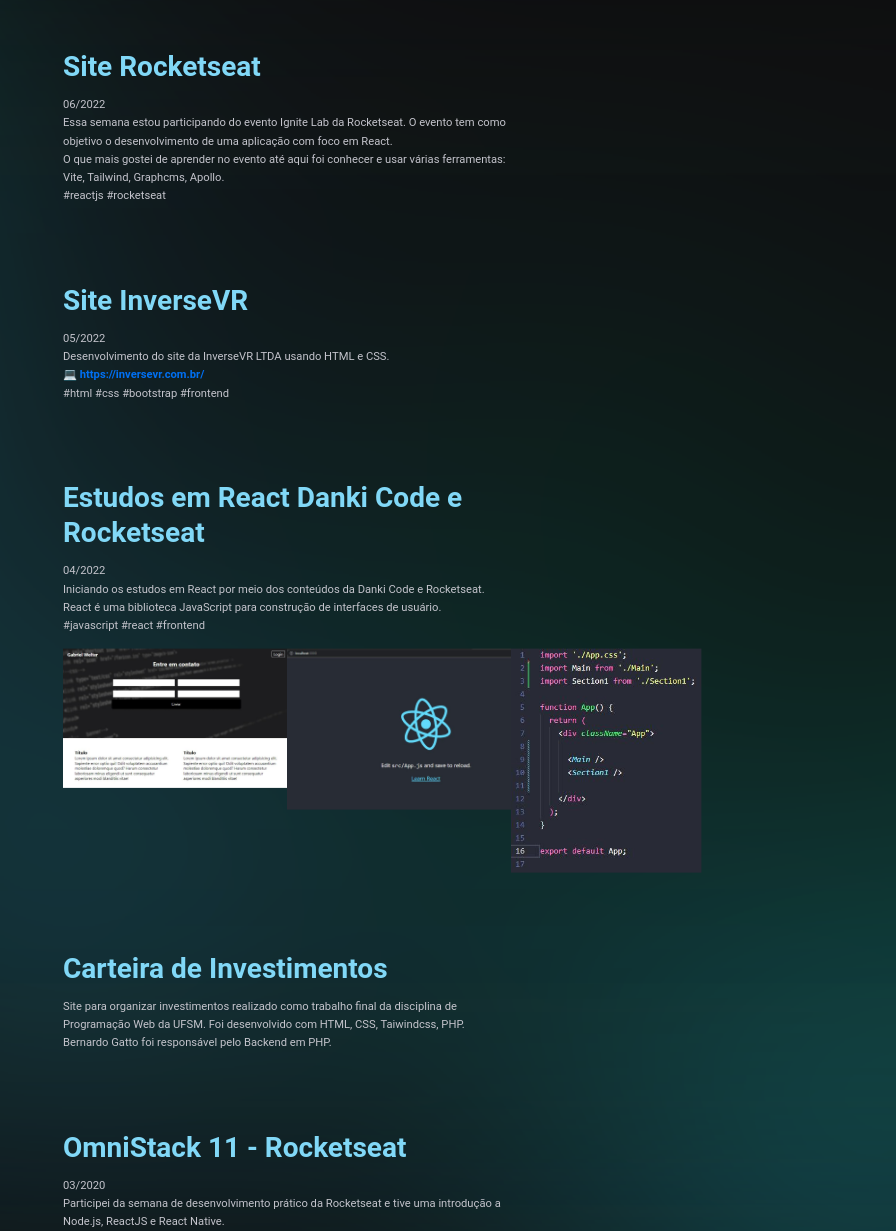
Repository: weltergab/test-next
Page: /
An editor plug-in stored every save of this project. The page is shown before and after the next save, followed by the edit.
The browser window is 1280 px wide. The pictures show the part of the page from y = 461 to 2381 px (the page is 2220 px tall before and 2910 px after), at 70% of full size.
The project was rebuilt for these pictures with package versions that can differ from the ones it lists, and the page was loaded fresh each time. The framework's server and built-in components were replaced by stand-ins that run in the browser. Also part of the build but not shown: next.config.js.

Above is the page before, as saved 2023-04-06 20:09:30.

### src/pages/index.tsx
import Head from 'next/head'
import Image from 'next/image'
import { Inter } from 'next/font/google'

import Link from 'next/link'

import { useEffect, useState } from 'react'
import reactLogo from './assets/react.svg'

import curriculo from './assets/curriculo.jpg';
import omnistack from '../../public/assets/blur-background.png';
// import estudosReact_1 from '../../public/assets/blur-background.png';
// import estudosReact_2 from '../../public/assets/estudosReact_2.jpg';
// import estudosReact_3 from '../../public/assets/estudosReact_3.jpg';
// import mockup from '../../public/assets/code-mockup.png';

import ImageComponent from '../components/ImageComponent';


const inter = Inter({ subsets: ['latin'] })

export default function Home() {

  const [count, setCount] = useState(0)

  const [showImage, setShowImage] = useState(false);

  const handleShowImage = () => {
    setShowImage(true);
  };

  const handleCloseImage = () => {
    setShowImage(false);
  };

  return (
    <>
      <Head>
        <title>Create Next App</title>
        <meta name="description" content="Generated by create next app" />
        <meta name="viewport" content="width=device-width, initial-scale=1" />
        <link rel="icon" href="/favicon.ico" />
      </Head>
      <main>
        <div className=''>
          <Link href="/sobre">Ir para pagina Sobre</Link>
        </div>
      </main>

      <div>
        <div className="min-h-screen bg-blur bg-cover bg-no-repeat flex flex-col items-center bg-center bg-blur">


          {/* <img src='/assets/blur-background.png' alt="" className='className="min-h-screen bg-blur bg-cover bg-no-repeat flex flex-col items-center bg-center' /> */}
          {/* Titulos */}
          <div className="max-w-[1100px] w-full flex items-center justify-between mt-20 mx-auto">
            <div className='header'>
              <div className="max-w-[640px]">

                <h1 className="mt-8 text-[2.5rem] leading-tight">
                  Landing Page - Gabriel Welter
                </h1>
                <p className="mt-4 text-gray-200 leading-relaxed">
                  Destaca-se no conhecimento em HTML, CSS, Tailwind, GitHub, Unity, C#.
                </p>
                <p className="mt-4 text-gray-200 leading-relaxed">
                  Este site foi desenvolvido com HTML, CSS, Tailwind, React, TS, Next e a hospedagem foi feita utilizando o serviço da Vercel.
                </p>
                <h1 className="mt-8 text-[2.5rem] leading-tight italic">
                  <strong className="text-blue-500">Em construção...</strong>
                </h1>
                <p className="mt-4 text-gray-200 leading-relaxed">
                  Os links para todos os sites e projetos no git ainda serão adicionados.
                </p>
              </div>
            </div>
          </div>


          {/* Publicacoes */}
          <div className="publication max-w-[1100px] w-full flex flex-col justify-between mt-20 mx-auto"> {/* items-center  */}
            <div className="max-w-[640px] postagem">
              <h1 className="mt-8 text-[2.5rem] leading-tight">
                <strong className="text-blue-500">Site Rocketseat</strong>
              </h1>
              <p className="mt-4 text-gray-200 leading-relaxed">
                06/2022 <br />
                Essa semana estou participando do evento Ignite Lab da Rocketseat.
                O evento tem como objetivo o desenvolvimento de uma aplicação com foco em React. <br />
                O que mais gostei de aprender no evento até aqui foi conhecer e usar várias ferramentas: Vite, Tailwind, Graphcms, Apollo. <br />
                #reactjs #rocketseat
              </p>
            </div>
          </div>

          <div className="publication max-w-[1100px] w-full flex flex-col justify-between mt-20 mx-auto">
            <div className="max-w-[640px] postagem">
              <h1 className="mt-8 text-[2.5rem] leading-tight">
                <strong className="text-blue-500">Site InverseVR</strong>
              </h1>
              <p className="mt-4 text-gray-200 leading-relaxed">
                05/2022 <br />
                Desenvolvimento do site da InverseVR LTDA usando HTML e CSS. <br />
                <a href="https://inversevr.com.br/" target="_blank">💻 https://inversevr.com.br/</a><br />
                #html #css #bootstrap #frontend
              </p>
            </div>
          </div>

          <div className="publication max-w-[1100px] w-full flex flex-col justify-between mt-20 mx-auto">
            <div className="max-w-[640px] postagem">
              <h1 className="mt-8 text-[2.5rem] leading-tight">
                <strong className="text-blue-500">Estudos em React Danki Code e Rocketseat</strong>
              </h1>
              <p className="mt-4 text-gray-200 leading-relaxed">
                04/2022 <br />
                Iniciando os estudos em React por meio dos conteúdos da Danki Code e Rocketseat.
                React é uma biblioteca JavaScript para construção de interfaces de usuário. <br />
                #javascript #react #frontend
              </p>
              <div className='flex justify-between mt-5'>
                <ImageComponent imageSrc="/assets/estudosReact_1.png" />
                <ImageComponent imageSrc="/assets/estudosReact_2.jpg" />
                <ImageComponent imageSrc="/assets/estudosReact_3.jpg" />
              </div>

            </div>
          </div>

          <div className="publication max-w-[1100px] w-full flex flex-col justify-between mt-20 mx-auto">
            <div className="max-w-[640px] postagem">
              <h1 className="mt-8 text-[2.5rem] leading-tight">
                <strong className="text-blue-500">Carteira de Investimentos</strong>
              </h1>
              <p className="mt-4 text-gray-200 leading-relaxed">
                Site para organizar investimentos realizado como trabalho final da disciplina de Programação Web da UFSM.
                Foi desenvolvido com HTML, CSS, Taiwindcss, PHP.
                Bernardo Gatto foi responsável pelo Backend em PHP.
              </p>
            </div>
          </div>
          <div className="publication max-w-[1100px] w-full flex flex-col justify-between mt-20 mx-auto">
            <div className="max-w-[640px] postagem">
              <h1 className="mt-8 text-[2.5rem] leading-tight">
                <strong className="text-blue-500">OmniStack 11 - Rocketseat</strong>
              </h1>
              <p className="mt-4 text-gray-200 leading-relaxed">
                03/2020 <br />
                Participei da semana de desenvolvimento prático da Rocketseat e tive uma introdução a Node.js, ReactJS e React Native. <br />
                {/* <a href={omnistack} target="_blank">Certificado OmniStack 11</a> */}
              </p>
            </div>
          </div>

          <div className='footer'>
            {/* <img src={mockup} className="mt-10 headline" alt="" /> */}
          </div>
        </div>
      </div>
    </>
  )
}

### src/styles/globals.css
@tailwind base;
@tailwind components;
@tailwind utilities;

body {
    @apply bg-gray-900 text-gray-100;
    -webkit-font-smoothing: antialiased;
  }

  a {
    color: #0070f3;
    text-decoration: none;
    font-weight: bold;
  }

  a:hover {
    font-style: italic;
  }

  /* Esconder a imagem grande */
  .imagem-grande {
    display: none;
  }

  /* Estilizar o link */
  .link-imagem:hover {
    cursor: zoom-in;
  }

  /* Mudar a aparência do link quando o usuário passar o mouse sobre a imagem pequena */
  .imagem-pequena:hover {
    opacity: 0.7;
  }

### src/components/ImageComponent/index.tsx
import React, { useState } from 'react';

type Props = {
  imageSrc: string;
};

const ImageComponent: React.FC<Props> = ({ imageSrc }) => {
  const [isImageClicked, setIsImageClicked] = useState(false);
  const [isExpanded, setIsExpanded] = useState(false);

  const handleImageClick = () => {
    setIsImageClicked(!isImageClicked);
    setIsExpanded(true);
  };

  const handleExpandedImageClick = () => {
    setIsExpanded(false);
  };

  return (
    <div className="relative max-w-full max-h-full mx-auto">
      <div className="relative max-w-full max-h-full mx-auto">
        <img
          src={imageSrc}
          alt="imagem"
          onClick={handleImageClick}
          className="max-w-80 max-h-80"
        />
      </div>
      {isExpanded && (
        <div
          className="fixed top-0 left-0 w-full h-full z-50 flex items-center justify-center"
          onClick={handleExpandedImageClick}
        >
          <img
            src={imageSrc}
            alt="imagem ampliada"
            className="max-w-4xl max-h-4xl object-contain"
          />
        </div>
      )}
    </div>
  );
};

export default ImageComponent;

### tailwind.config.js
/** @type {import('tailwindcss').Config} */
module.exports = {
  content: [
    "./app/**/*.{js,ts,jsx,tsx}",
    "./pages/**/*.{js,ts,jsx,tsx}",
    "./components/**/*.{js,ts,jsx,tsx}",

    // Or if using `src` directory:
    "./src/**/*.{js,ts,jsx,tsx}",
  ],
  theme: {
    extend: {
      backgroundImage: {
        blur: 'url(/assets/blur-background.png)'
      },
      fontFamily: {
        sans: 'Roboto, sans-serif',
      },
      colors: {
        black: {
          100: '#11172B',
        },
        green: {
          300: '#00B37E',
          500: '#00875F',
          700: '#015F43',
        },
        blue: {
          500: '#81D8F7',
        },
        orange: {
          500: '#FBA94C',
        },
        red: {
          500: '#F75A68',
        },
        gray: {
          100: '#E1E1E6',
          200: '#C4C4CC',
          300: '#8D8D99',
          500: '#323238',
          600: '#29292E',
          700: '#121214',
          900: '#09090A'
        }
      },
    },
  },
  plugins: [],
}

Loaded but not shown: src/pages/_app.js (common file); src/pages/_document.js (common file)

After the next save:
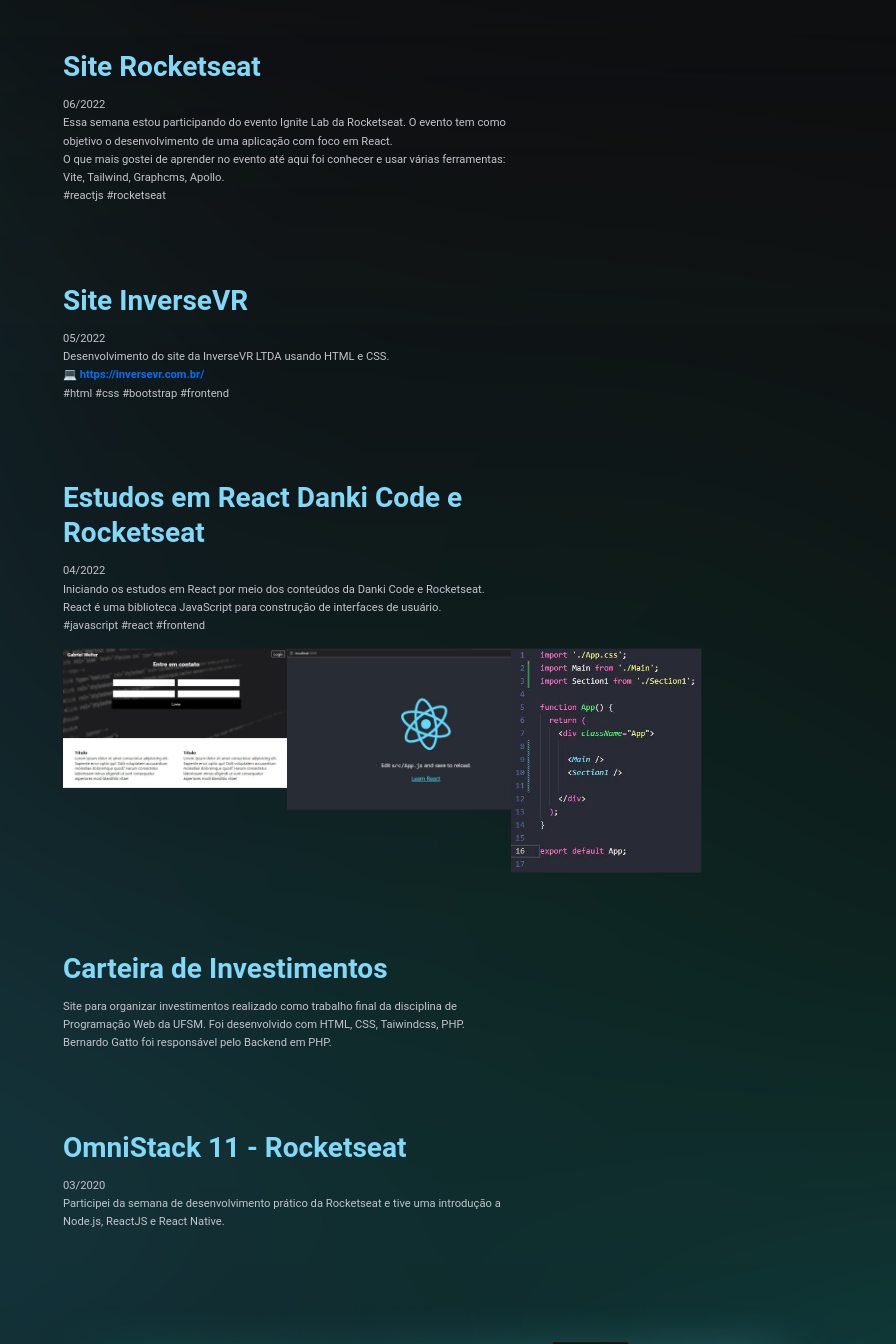
Saved 20 s later.
--- a/src/pages/index.tsx
+++ b/src/pages/index.tsx
@@ -153,7 +153,7 @@
           </div>
 
           <div className='footer'>
-            {/* <img src={mockup} className="mt-10 headline" alt="" /> */}
+            <img src='/assets/code-mockup.png' className="mt-10 headline" alt="" />
           </div>
         </div>
       </div>
